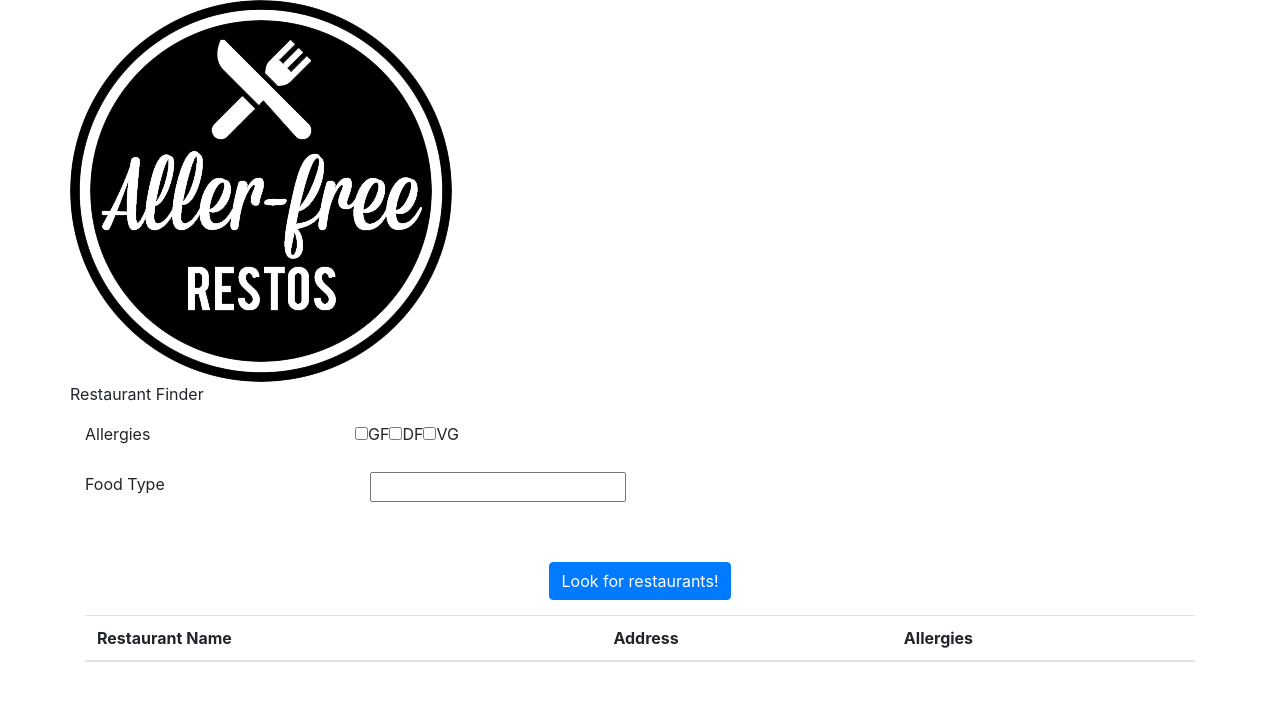
Repository: KobeRox/Loremips
Page: index.html
An editor plug-in stored every save of this project. The page is shown before and after the next save, followed by the edit.
The browser window is 1280 px wide. The pictures show the whole page.
Some web libraries are served in a nearby version.

Above is the page before, as saved 2019-09-08 16:27:55.
Console error: TypeError: Cannot read properties of undefined (reading 'fn')

After the next save:
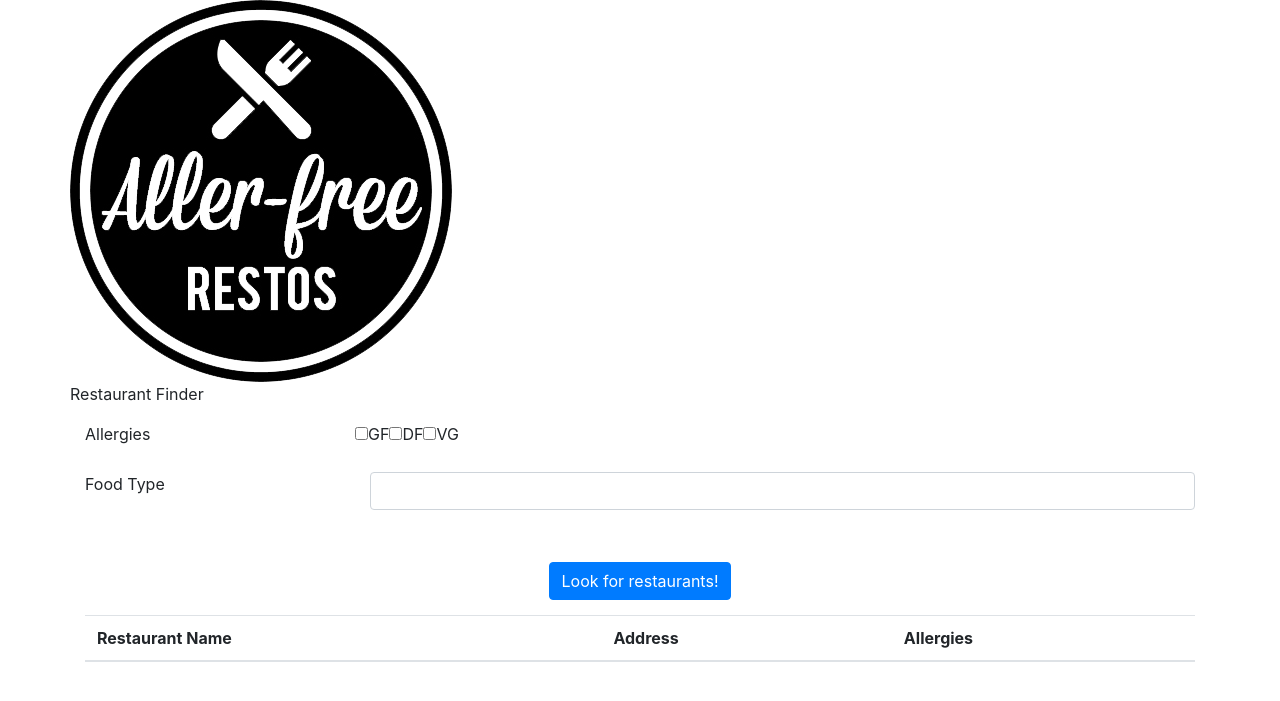
Saved 14 s later.
--- a/index.html
+++ b/index.html
@@ -88,7 +88,7 @@
 
 
                 <div class="col-xs-9 col-md-9">
-                    <input type="text" id='searchbar'>
+                    <input type="text" class="form-control" id='searchbar'>
                 </div>
 
             </div>
